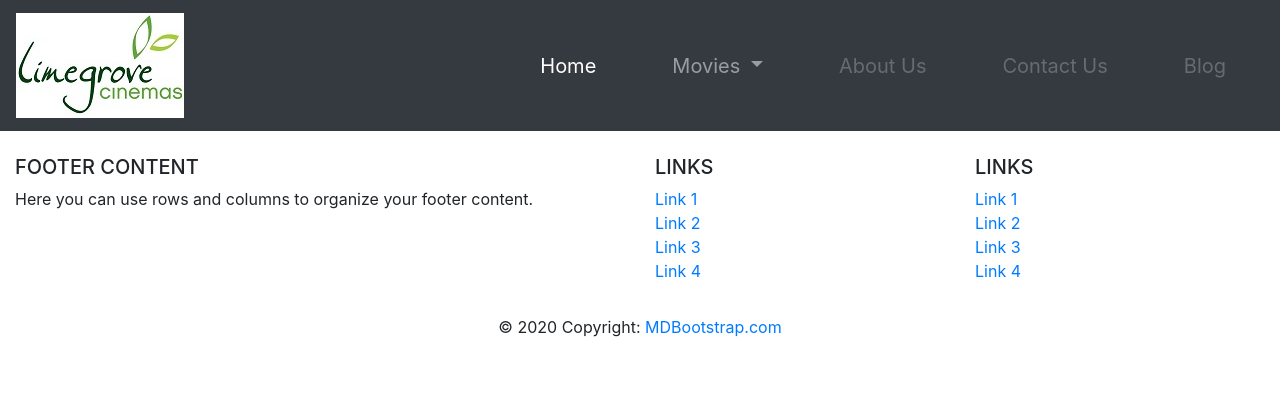
Repository: SimplyZacc/movie-web-template
Page: http://localhost/
The author's editor kept a copy of each file at every save. The page is drawn from the files as they stood at one save, then again after the next save.
The browser window is 1280 px wide. The pictures show the whole page.
The page is run by PHP 8.4 with error messages shown; the project is at /var/www/html/.

Above is the page before, as saved 2020-03-26 08:37:14.

### index.php
<?php
//set page vars
$title = "Index";
//include page header
include "templates/header.php";
?>

<?php include "templates/footer.php"; ?>

### templates/header.php
<?php
session_start();

?>
<!DOCTYPE html>
<html lang="en">

<head>
    <meta charset="UTF-8">
    <meta name="viewport" content="width=device-width, initial-scale=1.0">

    <title>
        <?php
        $default_header = "Limegrove Cinemas";
        if (isset($title)) {
            echo "Limegrove Cinemas - " . $title;
        } else {
            echo $default_header;
        }
        ?>
    </title>

    <!-- CSS -->
    <link rel="stylesheet" href="https://stackpath.bootstrapcdn.com/bootstrap/4.4.1/css/bootstrap.min.css" integrity="sha384-Vkoo8x4CGsO3+Hhxv8T/Q5PaXtkKtu6ug5TOeNV6gBiFeWPGFN9MuhOf23Q9Ifjh" crossorigin="anonymous">
    <link rel="stylesheet" href="assets/css/styles.css">

    <!-- JavaScript -->
    <script src="https://code.jquery.com/jquery-3.4.1.slim.min.js" integrity="sha384-J6qa4849blE2+poT4WnyKhv5vZF5SrPo0iEjwBvKU7imGFAV0wwj1yYfoRSJoZ+n" crossorigin="anonymous"></script>
    <script src="https://cdn.jsdelivr.net/npm/popper.js@1.16.0/dist/umd/popper.min.js" integrity="sha384-Q6E9RHvbIyZFJoft+2mJbHaEWldlvI9IOYy5n3zV9zzTtmI3UksdQRVvoxMfooAo" crossorigin="anonymous"></script>
    <script src="https://stackpath.bootstrapcdn.com/bootstrap/4.4.1/js/bootstrap.min.js" integrity="sha384-wfSDF2E50Y2D1uUdj0O3uMBJnjuUD4Ih7YwaYd1iqfktj0Uod8GCExl3Og8ifwB6" crossorigin="anonymous"></script>

</head>

<body>

    <nav class="navbar navbar-expand-lg navbar-dark bg-dark">


        <div class="collapse navbar-collapse" id="navbarSupportedContent">
            <ul class="navbar-nav mr-auto">
                <a class="navbar-brand" href="#"><img src="assets/images/logo.jpg" alt="Cinema Logo"></a>
                <button class="navbar-toggler" type="button" data-toggle="collapse" data-target="#navbarSupportedContent" aria-controls="navbarSupportedContent" aria-expanded="false" aria-label="Toggle navigation">
                    <span class="navbar-toggler-icon"></span>
                </button>
            </ul>

            <ul class="navbar-nav navbar-right">

                <li class="nav-item active p-r-10">
                    <a class="nav-link" href="#">Home <span class="sr-only">(current)</span></a>
                </li>
                <li class="nav-item dropdown p-r-10">
                    <a class="nav-link dropdown-toggle" href="#" id="navbarDropdown" role="button" data-toggle="dropdown" aria-haspopup="true" aria-expanded="false">
                        Movies
                    </a>
                    <div class="dropdown-menu" aria-labelledby="navbarDropdown">
                        <a class="dropdown-item" href="#">Recently Added</a>
                        <a class="dropdown-item" href="#">Popular</a>
                        <a class="dropdown-item" href="#">Soon Added</a>
                    </div>
                </li>

                <li class="nav-item ">
                    <a class="nav-link disabled" href="#">About Us</a>
                </li>

                <li class="nav-item p-r-10">
                    <a class="nav-link disabled" href="#">Contact Us</a>
                </li>

                <li class="nav-item p-r-10">
                    <a class="nav-link disabled" href="#">Blog</a>
                </li>
            </ul>

        </div>
    </nav>

### templates/footer.php
<!-- Footer -->
<footer class="page-footer font-small blue pt-4">

  <!-- Footer Links -->
  <div class="container-fluid text-center text-md-left">

    <!-- Grid row -->
    <div class="row">

      <!-- Grid column -->
      <div class="col-md-6 mt-md-0 mt-3">

        <!-- Content -->
        <h5 class="text-uppercase">Footer Content</h5>
        <p>Here you can use rows and columns to organize your footer content.</p>

      </div>
      <!-- Grid column -->

      <hr class="clearfix w-100 d-md-none pb-3">

      <!-- Grid column -->
      <div class="col-md-3 mb-md-0 mb-3">

        <!-- Links -->
        <h5 class="text-uppercase">Links</h5>

        <ul class="list-unstyled">
          <li>
            <a href="#!">Link 1</a>
          </li>
          <li>
            <a href="#!">Link 2</a>
          </li>
          <li>
            <a href="#!">Link 3</a>
          </li>
          <li>
            <a href="#!">Link 4</a>
          </li>
        </ul>

      </div>
      <!-- Grid column -->

      <!-- Grid column -->
      <div class="col-md-3 mb-md-0 mb-3">

        <!-- Links -->
        <h5 class="text-uppercase">Links</h5>

        <ul class="list-unstyled">
          <li>
            <a href="#!">Link 1</a>
          </li>
          <li>
            <a href="#!">Link 2</a>
          </li>
          <li>
            <a href="#!">Link 3</a>
          </li>
          <li>
            <a href="#!">Link 4</a>
          </li>
        </ul>

      </div>
      <!-- Grid column -->

    </div>
    <!-- Grid row -->

  </div>
  <!-- Footer Links -->

  <!-- Copyright -->
  <div class="footer-copyright text-center py-3">© 2020 Copyright:
    <a href="https://mdbootstrap.com/"> MDBootstrap.com</a>
  </div>
  <!-- Copyright -->

</footer>
<!-- Footer -->

</body>

</html>

### assets/css/styles.css
.navbar-nav > li{
    padding-left:30px;
    padding-right:30px;
    font-size: 20px;
  }

After the next save:
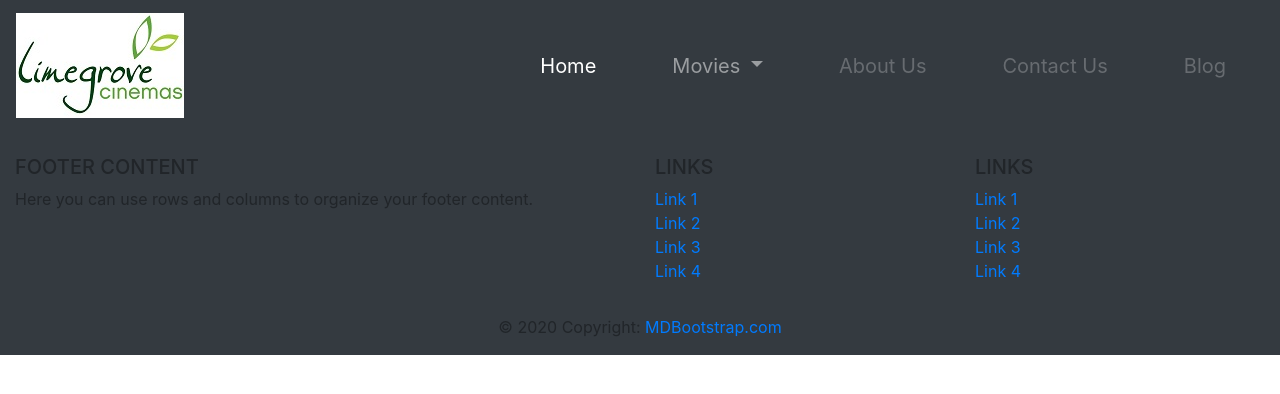
Saved 22 s later.
--- a/templates/footer.php
+++ b/templates/footer.php
@@ -1,5 +1,5 @@
 <!-- Footer -->
-<footer class="page-footer font-small blue pt-4">
+<footer class="page-footer font-small blue pt-4 bg-dark">
 
   <!-- Footer Links -->
   <div class="container-fluid text-center text-md-left">
